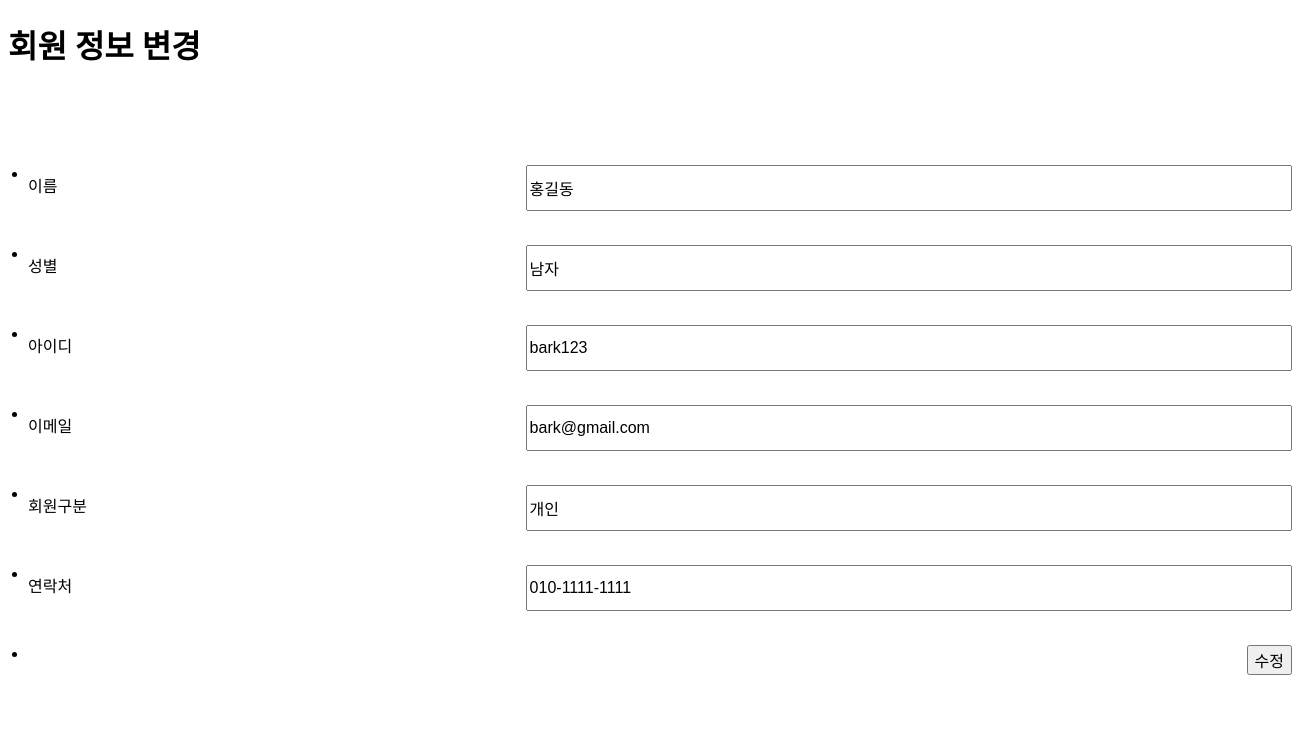
Repository: jngwk/Project-Bark
Page: http://localhost/Bark/include/userEditProfileFrm.jsp
An editor plug-in stored every save of this project. The page is shown before and after the next save, followed by the edit.
The browser window is 1280 px wide. The page is 1292 px wide, so the pictures cover 1292 px, including what lies to the right of the window. The pictures show the whole page.
The page is served by Tomcat 9. Other server files are loaded and not shown.

Above is the page before, as saved 2024-03-31 05:46:47.

### java_workspace/Bark/src/main/webapp/include/userEditProfileFrm.jsp
<%@ page language="java" contentType="text/html; charset=UTF-8"
    pageEncoding="UTF-8"%>
<%@ taglib prefix="c" uri="http://java.sun.com/jsp/jstl/core" %>
<!DOCTYPE html>
<html>
<head>
<meta charset="UTF-8">
<title>header</title>
<c:set var="contextPath" value="${pageContext.request.contextPath }"/>
<link rel="stylesheet" href="${contextPath }/css/userEditProfileFrm.css"/>
</head>
<!--  이름 성별 아이디 이메일 회원구분 연락처 연락처2-->
<body>
<div class="container">
	<h1 id="info_header">회원 정보 변경</h1>
	<form class = "main_info" action="./userEditProfileProc.jsp" method="post">
		<ul class = "info-list">
			<li class="form-element"><span class="label-text">이름</span>
			<input class="profile-info readonly" type="text" data-text-content="true"
			value="홍길동" readonly></li>

			<li class="form-element"><span class="label-text">성별</span>
			<input class="profile-info readonly" type="text" data-text-content="true"
			value="남자" readonly></li>

			<li class="form-element"><span class="label-text">아이디</span>
			<input class="profile-info readonly" type="text" data-text-content="true"
			value="bark123" readonly></li>

			<li class="form-element"><span class="label-text">이메일</span>
			<input class="profile-info" type="text" data-text-content="true"
			value="bark@gmail.com" ></li>

			<li class="form-element"><span class="label-text">회원구분</span>
			<input class="profile-info readonly" type="text" data-text-content="true"
			value="개인" readonly></li>

			<li class="form-element"><span class="label-text">연락처</span>
			<input class="profile-info" type="text" data-text-content="true"
			value="010-1111-1111" ></li>
			<li class="form-element">
			<input type="submit" class="btn" value="수정" style="margin-left: 150px">
			</li>
		</ul>
	</form>
</div>
</body>
</html>

### java_workspace/Bark/src/main/webapp/css/userEditProfileFrm.css
@charset "UTF-8";
.main_info {
    min-width:500px;
    display: flex;
    flex-direction: column;
    justify-content: center;
    align-items: center;
}
h1{
	padding-bottom: 60px;
}
.info-list {
    display: flex;
    flex-direction: column;
    justify-content: center;
    align-items: center;
    width: 100%;
}
.label-text {
	position: relative;
    width: 80px; /* 고정 너비 설정 */
    font-size: 16px !important;
    float: left;
    left: 0;
    padding-top: 8px;

}
.profile-info{
	position: relative;
	height: 40px;
	width: 60%;
	line-height: 35px;
	right: 0;
}
.form-element{
	height: 40px;
	padding-bottom: 40px;
	width: 100%;
	align-items: center;
}
.form-element input{
	float:right;
	font-size: 16px;
}
.main_info .edit-btn-area{
	text-align: center;
	padding: 20px 0;
}
.main_info .edit-btn{
	height: 60px;
	width: 300px;
	font-size: 20px;
}

After the next save:
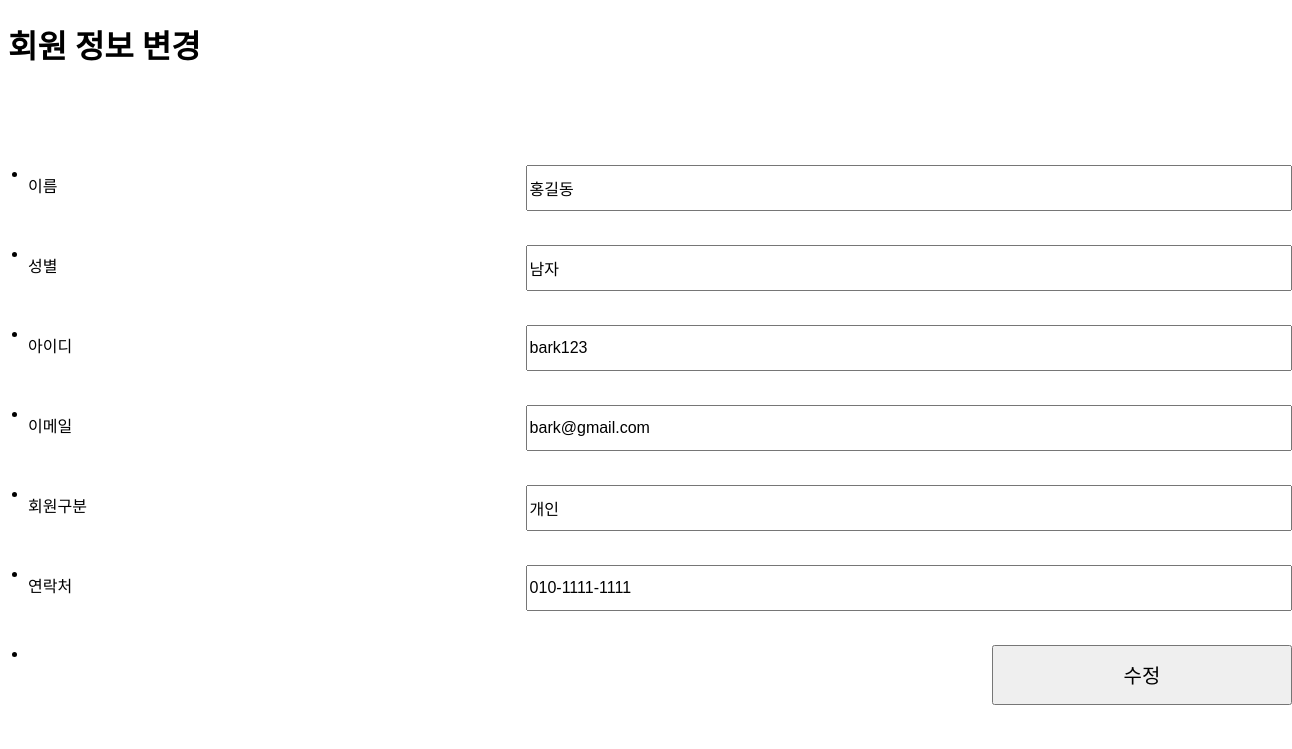
Saved 14 s later.
--- a/java_workspace/Bark/src/main/webapp/include/userEditProfileFrm.jsp
+++ b/java_workspace/Bark/src/main/webapp/include/userEditProfileFrm.jsp
@@ -39,7 +39,7 @@
 			<input class="profile-info" type="text" data-text-content="true"
 			value="010-1111-1111" ></li>
 			<li class="form-element">
-			<input type="submit" class="btn" value="수정" style="margin-left: 150px">
+			<input type="submit" class="edit-btn btn" value="수정" style="margin-left: 150px">
 			</li>
 		</ul>
 	</form>
